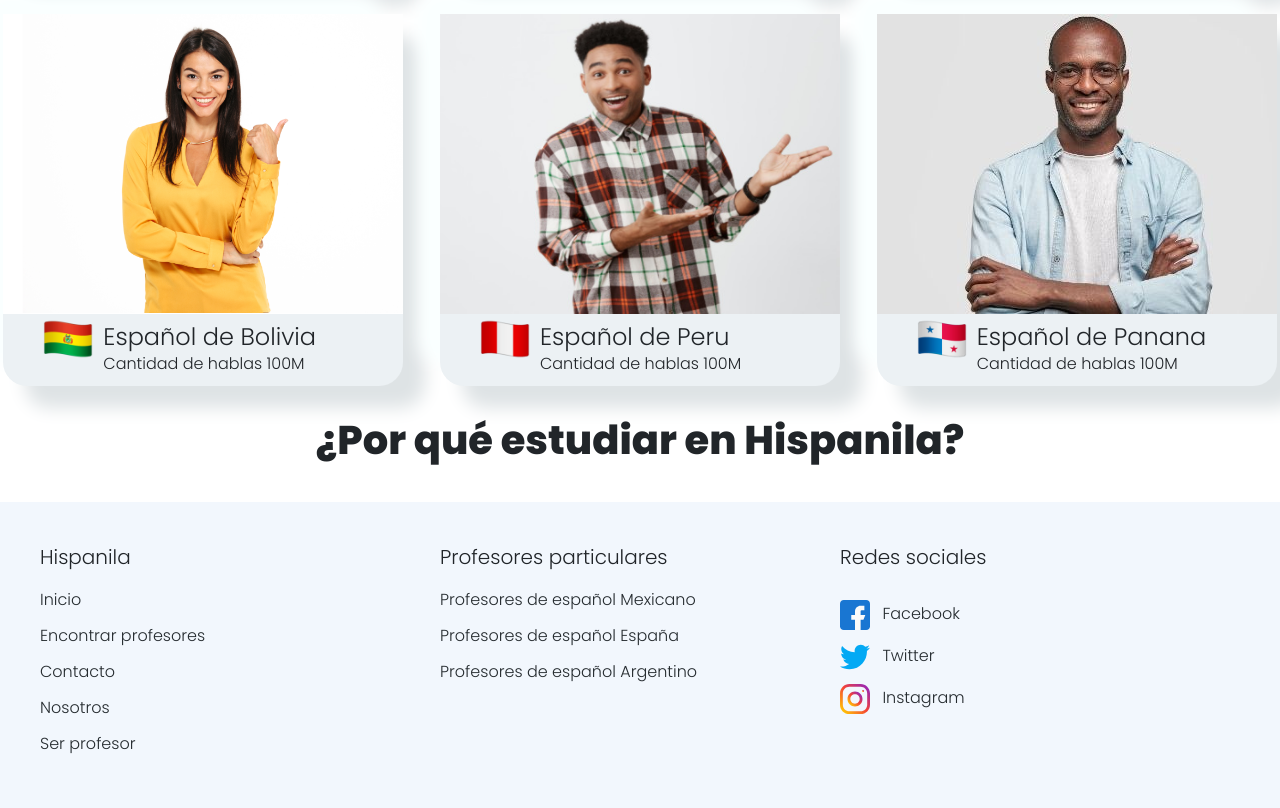
Repository: AgustinGarciaDev/Hispanila
Page: index.html
These files come from the project's save history. The page is drawn as it stood at one moment and after the next save; the edit follows.
The browser window is 1280 px wide. The pictures show the part of the page from y = 1169 to 2121 px (the page is 1977 px tall before and 2121 px after).
Some web libraries are served in a nearby version. The style sheet was rebuilt from its Sass, Less or Tailwind sources for each picture, by a compiler version that may differ from the author's.

Above is the page before, as saved 2021-01-28 22:23:00.

### index.html
<!DOCTYPE html>
<html lang="en">

<head>
    <meta charset="UTF-8">
    <title>Inicio</title>
    <meta name="viewport" content="width=device-width, user-scalable=no">
    <meta name="description" content="Encontra profesor que se adecue a tus objetivos y logra tus metas. Aprende las distintas variantes del español en Hispanila">
    <meta name="keywords" content="español , hispanila, profesores, profesor">
    <link rel="stylesheet" href="https://cdnjs.cloudflare.com/ajax/libs/animate.css/4.1.1/animate.min.css" />
    <link rel="stylesheet" href="https://use.fontawesome.com/releases/v5.8.1/css/all.css" integrity="sha384-50oBUHEmvpQ+1lW4y57PTFmhCaXp0ML5d60M1M7uH2+nqUivzIebhndOJK28anvf" crossorigin="anonymous">
    <link rel="preconnect" href="https://fonts.gstatic.com">
    <link rel="preconnect" href="https://fonts.gstatic.com">
    <link href="https://fonts.googleapis.com/css2?family=Poppins:ital,wght@0,200;0,300;0,800;0,900;1,200;1,500&display=swap" rel="stylesheet">
    <link href="https://fonts.googleapis.com/css2?family=Archivo:ital@0;1&display=swap" rel="stylesheet">
    <link href="https://cdn.jsdelivr.net/npm/bootstrap@5.0.0-beta1/dist/css/bootstrap.min.css" rel="stylesheet" integrity="sha384-giJF6kkoqNQ00vy+HMDP7azOuL0xtbfIcaT9wjKHr8RbDVddVHyTfAAsrekwKmP1" crossorigin="anonymous">
    <link rel="stylesheet" href="./css/style.css">
    <link rel="stylesheet" href="stylemod.css">

</head>

<body>
    <header>
        <nav class="navbar navbar-expand-lg navbar-light bg-light nav-color">
            <div class="container-fluid">
                <a class="navbar-brand" href="./index.html"><img src="./img/Hispanila_opt.png" alt=""></a>
                <button class="navbar-toggler" type="button" data-bs-toggle="collapse" data-bs-target="#navbarSupportedContent" aria-controls="navbarSupportedContent" aria-expanded="false" aria-label="Toggle navigation">
            <span class="navbar-toggler-icon"></span>
          </button>
                <div class="collapse navbar-collapse" id="navbarSupportedContent">
                    <ul class="navbar-nav me-auto mb-2 mb-lg-0">
                        <li class="nav-item">
                            <a class="nav-link active" aria-current="page" href="./index.html">Inicio</a>
                        </li>
                        <li class="nav-item">
                            <a class="nav-link" href="./we.html">Nosotros</a>
                        </li>
                        <li class="nav-item">
                            <a class="nav-link" href="./contact.html">Contacto</a>
                        </li>
                        <li class="nav-item">
                            <a class="nav-link" href="./searchteacer.html">Buscar profesores</a>
                        </li>
                    </ul>
                </div>
            </div>
        </nav>
    </header>
    <main>
        <div class="hero">
            <div class="box">
                <div class="animate__animated animate__backInLeft">
                    <h1 class="hero__title_h1">Empeza hoy con tus clases de español</h1>
                </div>

                <p class="hero__title_p">Toma tus clases desde cualquier parte del mundo!</p>
                <a class="hero__bottom" href="#" role="button">EMPEZAR HOY</a>
            </div>

        </div>
        <div class="animate__animated animate__backInLeft">
            <h2 class="Tittle_h2">Estudia las diferentes variantes del español</h2>
        </div>
        <div class="block-band">
            <div class="card-band ">

                <a href="./searchteacer.html"> <img class="teacher-photo" src="./img/teacher-arg.jpg" alt=""></a>
                <div class="content-band">
                    <a href="./searchteacer.html"> <img class="band" src="./img/argentina.png" alt=""></a>
                    <div class="info-card">
                        <a href="./searchteacer.html" class="link">
                            <h4>Español de Argentina</h4>
                            <p>Cantidad de hablas 100M</p>
                        </a>
                    </div>
                </div>
            </div>
            <div class="card-band">
                <a href="./searchteacer.html"> <img class="teacher-photo" src="./img/woman-teacher-mex.jpg" alt="profesora de mexico">
                    <div class="content-band">
                        <img class="band" src="./img/mexico.png" alt="">
                        <div class="info-card">
                            <a href="./searchteacer.html" class="link">
                                <h4>Español de Mexico</h4>
                                <p>Cantidad de hablas 100M</p>
                            </a>
                        </div>
                    </div>
                </a>
            </div>

            <div class="card-band">
                <a href="./searchteacer.html"><img class="teacher-photo" src="./img/women-teacher.jpg" alt="">
                    <div class="content-band">
                        <img class="band" src="./img/ecuador.png" alt="">
                        <div class="info-card">
                            <a href="./searchteacer.html" class="link">
                                <h4>Español de Colombia</h4>
                                <p>Cantidad de hablas 100M</p>
                            </a>
                        </div>
                    </div>
                </a>
            </div>
            <div class="card-band ">
                <img class='teacher-photo' src="./img/woman-bo.png " alt=" ">
                <div class="content-band ">
                    <img class="band " src="./img/bolivia.png " alt=" ">
                    <div class="info-card ">
                        <a href="./searchteacer.html" class="link">
                            <h4>Español de Bolivia</h4>
                            <p>Cantidad de hablas 100M</p>
                        </a>

                    </div>
                </div>
            </div>
            <div class="card-band ">
                <img class='teacher-photo' src="./img/teacher-peru.png " alt=" ">
                <div class="content-band ">
                    <img class="band " src="./img/peru.png " alt=" ">
                    <div class="info-card ">
                        <a href="./searchteacer.html" class="link">
                            <h4>Español de Peru</h4>
                            <p>Cantidad de hablas 100M</p>
                        </a>

                    </div>
                </div>
            </div>
            <div class="card-band ">
                <img class='teacher-photo' src="./img/teacher-panama.jpg " alt="profesor de panama ">
                <div class="content-band ">
                    <img class="band " src="./img/panama.png " alt=" ">
                    <div class="info-card ">
                        <a href="./searchteacer.html" class="link">
                            <h4>Español de Panana</h4>
                            <p>Cantidad de hablas 100M</p>
                        </a>

                    </div>
                </div>
            </div>
        </div>
        </div>
        <div class="animate__animated animate__backInLeft ">
            <h2 class="Tittle_h2">¿Por qué estudiar en Hispanila?</h2>
        </div>

    </main>
    <footer class="footer ">
        <div class="list__footer ">
            <p class="list__footer__p-modifier ">Hispanila</p>
            <li class="list__footer__li-modifier "> <a class="list__footer__a-modifier " href="/index.html ">Inicio</a></li>
            <li class="list__footer__li-modifier "> <a class="list__footer__a-modifier " href="/searchteacer.html ">Encontrar profesores</a></li>
            <li class="list__footer__li-modifier "><a class="list__footer__a-modifier " href="/contacte.html ">Contacto</a></li>
            <li class="list__footer__li-modifier "><a class="list__footer__a-modifier " href="/we.html ">Nosotros</a></li>
            <li class="list__footer__li-modifier "><a class="list__footer__a-modifier " href="/we.html ">Ser profesor</a></li>
        </div>
        <div class="list__footer ">
            <p class="list__footer__p-modifier ">Profesores particulares</p>
            <li class="list__footer__li-modifier "> <a class="list__footer__a-modifier " href=" https://www.facebook.com/ "> Profesores de español Mexicano</a></li>
            <li class="list__footer__li-modifier "><a class="list__footer__a-modifier " href="https://twitter.com/home "> Profesores de español España</a></li>
            <li class="list__footer__li-modifier "><a class="list__footer__a-modifier " href="https://www.instagram.com/ "> Profesores de español Argentino</a></li>
        </div>

        <div class="list__footer ">
            <p class="list__footer__p-modifier "> Redes sociales</p>
            <li class="list__footer__li-modifier "></li><img class="list__footer__img-modifier " src="./img/facebook.svg " alt=" "> <a class="list__footer__a-modifier " href="https://www.facebook.com/ ">Facebook</a></li>
            <li class="list__footer__li-modifier "></li><img class="list__footer__img-modifier " src="./img/gorjeo.svg " alt=" "> <a class="list__footer__a-modifier " href="https://twitter.com/home ">Twitter</a></li>
            <li class="list__footer__li-modifier "></li><img class="list__footer__img-modifier " src="./img/instagram.svg " alt=" "> <a class="list__footer__a-modifier " href="https://www.instagram.com/ ">Instagram</a></li>
        </div>
    </footer>
    <script src="https://cdn.jsdelivr.net/npm/bootstrap@5.0.0-beta1/dist/js/bootstrap.bundle.min.js " integrity="sha384-ygbV9kiqUc6oa4msXn9868pTtWMgiQaeYH7/t7LECLbyPA2x65Kgf80OJFdroafW " crossorigin="anonymous "></script>
</body>

</html>

### stylemod.css
.nav-color {
    background-color: #ff9000 !important;
    height: 65px;
    box-shadow: 2px 2px 4px #d97a00, -5px -5px 4px #ffa600;
}

.nav-link {
    color: white !important;
}

.hero {
    display: grid;
    grid-template-columns: 2fr 2fr;
    height: 600px;
    background-image: url(http://baravdg.com/wp-content/uploads/2021/01/hero-background.png);
    background-position: center;
    background-repeat: no-repeat;
    background-size: cover;
}

.hero .box {
    display: flex;
    flex-direction: column;
    margin: auto;
    padding-left: 30px;
}

.hero__title_h1 {
    color: white;
    font-weight: 700;
    font-size: 50px;
}

.hero__title_p {
    color: white;
    font-size: 30px;
    font-size: 400;
}

.hero__bottom {
    width: 200px;
    color: white;
    padding: 10px;
    text-align: center;
    text-decoration: none;
    font-size: 'Poppins', sans-serif;
    font-weight: 800;
    border-radius: 8px;
    background: linear-gradient(145deg, #ffd529, #d8b322);
}


/* EMPIEZA LAS CARD DE LAS BANDERAS */

.Tittle_h2 {
    text-align: center;
    padding: 30px;
    font-size: 40px;
    font-weight: 800;
}

.block-band {
    display: grid;
    grid-template-columns: repeat(3, 1fr);
    grid-column-gap: 30px;
    grid-row-gap: 30px;
    justify-items: center;
}

.link {
    color: inherit;
    text-decoration: inherit;
}

.card-band {
    border-radius: 24px;
    border-radius: 24px;
    background: #ecf1f4;
    box-shadow: 22px 22px 18px #dee3e5, -22px -22px 18px #faffff;
    width: 400px;
    height: 372px;
}

.content-band {
    display: flex;
    padding-left: 40px;
    padding-bottom: 10px;
}

.info-card {
    padding-top: 9px;
    padding-left: 10px;
}

.info-card h4 {
    margin: 0;
}

.info-card p {
    margin: 0;
    margin-left: 6;
}

.card-band .teacher-photo {
    width: 400px;
    height: 300px;
}

.card-band .band {
    height: 50px;
    width: 50px;
}

.card-prof {
    margin: 40px;
    padding: 40px;
}

.table-proyect {
    padding: 40px;
}


/* SLIDE*/

.carousel-item img {
    width: 100%;
    height: 500px;
}

.carousel-item:after {
    content: "";
    position: absolute;
    top: 0;
    bottom: 0;
    left: 0;
    right: 0;
    background: rgba(0, 0, 0, 0.3);
}

.carousel-caption {
    z-index: 2;
}

.carousel-caption h5 {
    font-size: 30px;
}

.carousel-caption p {
    font-size: 20;
}


/* CARD  porque estudiar Hispanila*/

.container-hispanila {
    margin-top: 100px;
    display: grid;
    grid-template-columns: repeat(3, 1fr);
    grid-column-gap: 30px;
    grid-row-gap: 30px;
    justify-items: center;
}

.hispanila-card {
    width: 300px;
    height: 400px;
    border: solid 1px black;
    padding: 20px;
    margin: auto;
}

.hispanila-card img {
    width: 300px;
    height: 200px;
}

.hispanila-card h3 {
    text-align: center;
}

.datos {
    display: grid;
    grid-template-columns: 1fr 1fr;
    grid-template-rows: 1fr 1fr;
    grid-column-gap: 10px;
    grid-row-gap: 10px;
}

.search-teacher {
    background: #e7eef3;
}

.container {
    height: 400px;
    width: 100%;
    background: white;
    margin-bottom: 20px;
    margin-top: 20px;
    box-shadow: 20px 20px 51px #c4cacf, -20px -20px 51px #ffffff;
}

.teacher-block {
    padding: 10px;
}

.teacher-date {
    display: flex;
    flex-direction: column;
    padding: 20px;
}

.teacher-date .teacher-score {
    flex-direction: row;
}

.teacher-date img {
    border-radius: 50%;
    height: 100px;
    width: 100px;
    margin: auto;
}

.teacher-date button {
    height: 30px;
    width: 120px;
    margin: auto;
}

.score-teacher {
    margin: auto;
    padding: 20px 0 20px 0;
    color: #FEC400;
}

.teacher-information {
    display: flex;
    flex-direction: column;
}

.teacher-information h1 {
    font-size: 20px;
}

.teacher-date-personal {
    display: flex;
    flex-direction: row;
    justify-content: space-between;
}

.teacher-posicion {
    display: inline;
}

.title-teacher p {
    font-size: 16px;
    font-weight: 200;
    margin: 4px;
}

.teacher-precie {
    font-size: 18px;
    font-weight: bold;
}

.teacher-posicion h4 {
    font-size: 20px;
    font-weight: 200;
}

.teacher-posicion .teacher-divider-card {
    border: solid 1px red;
    width: 15px;
    height: 3px;
    background: red;
}

.teacher-learning {
    font-weight: bold;
}

.level {
    display: inline-block;
    margin: 2px;
    height: 19px;
    width: 4px;
    background: red;
}

.level-four-lenguage {
    background: #dee3e5
}

.level-five-leanguage {
    background: #dee3e5
}

@media (max-width: 890px) {
    .block-band {
        grid-template-columns: repeat(2, 1fr);
    }
    .card-band .teacher-photo {
        width: 324px;
        height: 239px;
    }
    .card-band {
        width: 324px;
        height: 325px;
    }
}

@media (max-width: 520px) {
    .hero {
        height: 360px;
    }
    .block-band {
        grid-template-columns: none;
    }
    .carousel-item img {
        height: 240px;
    }
}

### scss/style.scss
@import"variables";
@import "header";
@import "footer";
@import "body";
@import "contac";
@import "profile";
@import "aboutUs";

### scss/_variables.scss
/* TIPOGRAFIAS */

$font-body: 'Poppins',
sans-serif;

/* SIZE TIPOGRAFIAS */

$nameteacher: 16px;
$titulocontacto: 20px;

/* ICONOS COLOR */

$color-start-icon: #FEC400;
$color-social:gray;

/*Color background*/

$color-box: linear-gradient(145deg, #d8e8f2, #b6c3cb);

/*Padding*/

$padding-currilum: 40px;

### scss/_header.scss
header {
    position: sticky;
    top: 0;
    z-index: 5;
}

### scss/_footer.scss
.footer {
    background-color: #F2F7FD;
    display: grid;
    grid-template-columns: repeat(3, 1fr);
    padding: 40px;
}

.list__footer__p-modifier {
    font-size: 20px;
}

.list__footer__li-modifier {
    list-style: none;
    align-items: center;
    display: flex;
    margin-bottom: 12px;
}

.list__footer__a-modifier {
    text-decoration: none;
    color: #252b2f;
}

.list-footer a:hover {
    text-decoration: underline;
}

.list__footer__img-modifier {
    width: 30px;
    height: 30px;
    margin-right: 8px;
}

@media (max-width: 768px) {
    .footer {
        display: flex;
        flex-wrap: wrap;
    }
    .list__footer {
        padding-left: 10px;
        padding-right: 10px;
        justify-content: center;
    }
}

@media (max-width: 520px) {}

### scss/_body.scss
body {
    margin: 0;
    font-family: $font-body;
}

### scss/_contac.scss
.row {
    margin-right: 0;
}

.email_img {
    width: 100%;
}

.icons__list {
    display: flex;
    justify-content: center;
}

.icons__list_a {
    text-decoration: none;
    color: $color-social;
    padding-bottom: 10px;
    padding-left: 5px;
    padding-right: 5px;
}

.icons__list__redsocial {
    display: flex;
    flex-direction: row;
    padding-top: 10px;
    justify-content: center;
}

.icons__list_logo_Redes {
    color: $color-social;
    font-size: 35px;
    margin: 0 10px;
}

.text-contact__h2 {
    font-size: $titulocontacto;
}

@media (max-width: 520px) {
    .text-contact__h1 {
        text-align: center;
    }
    .text-contact__h2 {
        font-size: $titulocontacto -7;
        text-align: center;
    }
}

### scss/_profile.scss
    .layout {
        display: grid;
        grid-template-columns: 2fr 1fr;
        grid-template-rows: 1fr;
        grid-column-gap: 10px;
        grid-row-gap: 10px;
        padding: 20px;
    }

    .layout__infoteache__video-modifier {
        width: 100%;
        height: 500px;
    }

    .layout__profile {
        border-radius: 8px;
        background: #ffffff;
        box-shadow: 8px 8px 55px #d9d9d9, -8px -8px 55px #ffffff;
    }

    .layaout__datachecher__layout__img-modifier {
        width: 80px;
        height: 80px;
        border-radius: 50%;
        display: flex;
        margin: auto;
    }

    .layaout__datachecher__h1-modifier {
        font-size: 30px;
        font-weight: 600;
    }

    .layaout__datachecher__h2-modifier {
        font-size: 14px;
    }

    .scoreteacher {
        display: flex;
        flex-direction: row;
    }

    .scoreteacher__icon--modifier {
        color: $color-start-icon;
        margin-top: 28px;
        margin-bottom: 2px;
    }

    .scoreteacher__number--modifier {
        margin-top: 26px;
        margin-bottom: 2px;
        padding-left: 9px;
    }

    .layout__sepator {
        border: 1px solid #10101030;
        margin: 10px;
    }

    .card {
        margin-bottom: 15px;
        margin-top: 15px;
    }

    .card-body {
        display: flex;
    }

    .clases__titulo-Modifier {
        font-size: 25px;
        font-size: 500;
    }

    .curriculum {
        margin: 30px 0;
        border-radius: 8px;
        background: #ffffff;
        box-shadow: 8px 8px 55px #d9d9d9, -8px -8px 55px #ffffff;
        padding: $padding-currilum;
    }

    .lessons__box {
        padding: 40px;
        margin: 30px 0;
        border-radius: 8px;
        background: #ffffff;
        box-shadow: 8px 8px 55px #d9d9d9, -8px -8px 55px #ffffff;
    }

    .Comentary {
        margin-top: 20px;
        background: #ffffff;
        box-shadow: 8px 8px 55px #d9d9d9, -8px -8px 55px #ffffff;
        padding: 30px;
    }

    .personaldata {
        display: flex;
        flex-direction: row;
    }

    .Comentary__grid {
        margin-top: 40px;
        display: grid;
        grid-template-columns: 1fr 1fr;
        grid-template-rows: 1fr 1fr 1fr;
        grid-row-gap: 30px;
    }

    .Comentary__layout {
        width: 350px;
        height: 140px;
        padding: 10px;
        background: rgba( 255, 255, 255, 0.00);
        box-shadow: 0 8px 10px 0 rgba( 31, 38, 135, 0.37);
        border-radius: 10px;
    }

    .personaldata img {
        border-radius: 50%;
        width: 50px;
        height: 50px;
    }

    .Reserva {
        position: sticky;
        top: 100px;
        height: 350px;
        border-radius: 8px;
        background: #ffffff;
        box-shadow: 8px 8px 55px #d9d9d9, -8px -8px 55px #ffffff;
    }

    .Reserva__precios_layout {
        padding-bottom: 10px;
        padding-top: 10px;
    }

    .boton__ML {
        display: flex;
        justify-content: center;
    }

    .mercadopago-button {
        height: 40px;
        font-weight: 300px;
        font-family: $font-body;
        background-color: #00b1ff!important;
        width: 100%;
        border-radius: 1px;
        background: $color-box;
        box-shadow: 5px 5px 9px #b8c5ce, -5px -5px 9px #dcedf6;
    }

    .Reserva__divider {
        border: 1px solid gray;
    }

    .Reserva__contact {
        text-align: center;
        padding: 20px;
    }

    .Reserva__contact_boton {
        display: block;
        font-weight: 400;
        padding: 20px;
        text-decoration: none;
        color: white;
        background: #48af41!important;
        border-radius: 1px;
        border-radius: 1px;
        background: $color-box;
        box-shadow: 5px 5px 9px #b8c5ce, -5px -5px 9px #dcedf6;
    }
    /* Responsive */

    @media (max-width: 890px) {
        .layout {
            display: flex;
            flex-direction: column;
        }
        .Comentary__grid {
            display: flex;
            flex-wrap: wrap;
        }
        .Comentary__layout {
            width: 100%;
        }
        .Reserva {
            position: relative;
            top: 0;
            width: 100%;
            height: 350px;
        }
    }

    @media (max-width: 520px) {
        .layout__infoteache__video-modifier {
            height: 240px;
        }
        .layout__scoreteacher {
            margin-left: 132px;
        }
        .layout__dateacher_info {
            margin-left: -9px;
        }
        .Reserva__contact_boton {
            width: 200px;
            height: 70px;
            display: inline-block;
            padding: 10px;
        }
        .card-body {
            flex-direction: column;
            align-items: center;
        }
        .curriculum {
            padding: $padding-currilum -30;
        }
    }

### scss/_aboutUs.scss
    .About__tittle-h1 {
        text-align: center;
        padding: 20px 0;
    }

    .About__img {
        display: flex;
        justify-content: center;
        align-items: center;
    }

    .About__img--modifier {
        width: 900px;
        height: 600px;
    }

    .About__history {
        text-align: center;
        margin: 10px 500px;
    }

    .About_compromise_img {
        width: 400px;
        height: 300px;
    }

    .Value {
        margin-top: 40px;
    }

    .Value_p--modifier {
        font-size: 40px;
        font-weight: 500px;
    }

    @media (max-width: 890px) {
        .About__img--modifier {
            width: 100%;
            height: auto;
        }
        .About__history {
            margin: 10px 20px;
        }
    }

    @media (max-width: 570px) {
        .About_compromise_img {
            height: 300px;
        }
        .About_compromise__responsive {
            flex-direction: column-reverse;
            display: flex;
        }
        .Value {
            display: flex;
            align-items: center;
            justify-content: center;
        }
        .Value__box {
            display: flex;
            flex-direction: column;
            justify-content: center;
        }
    }

After the next save:
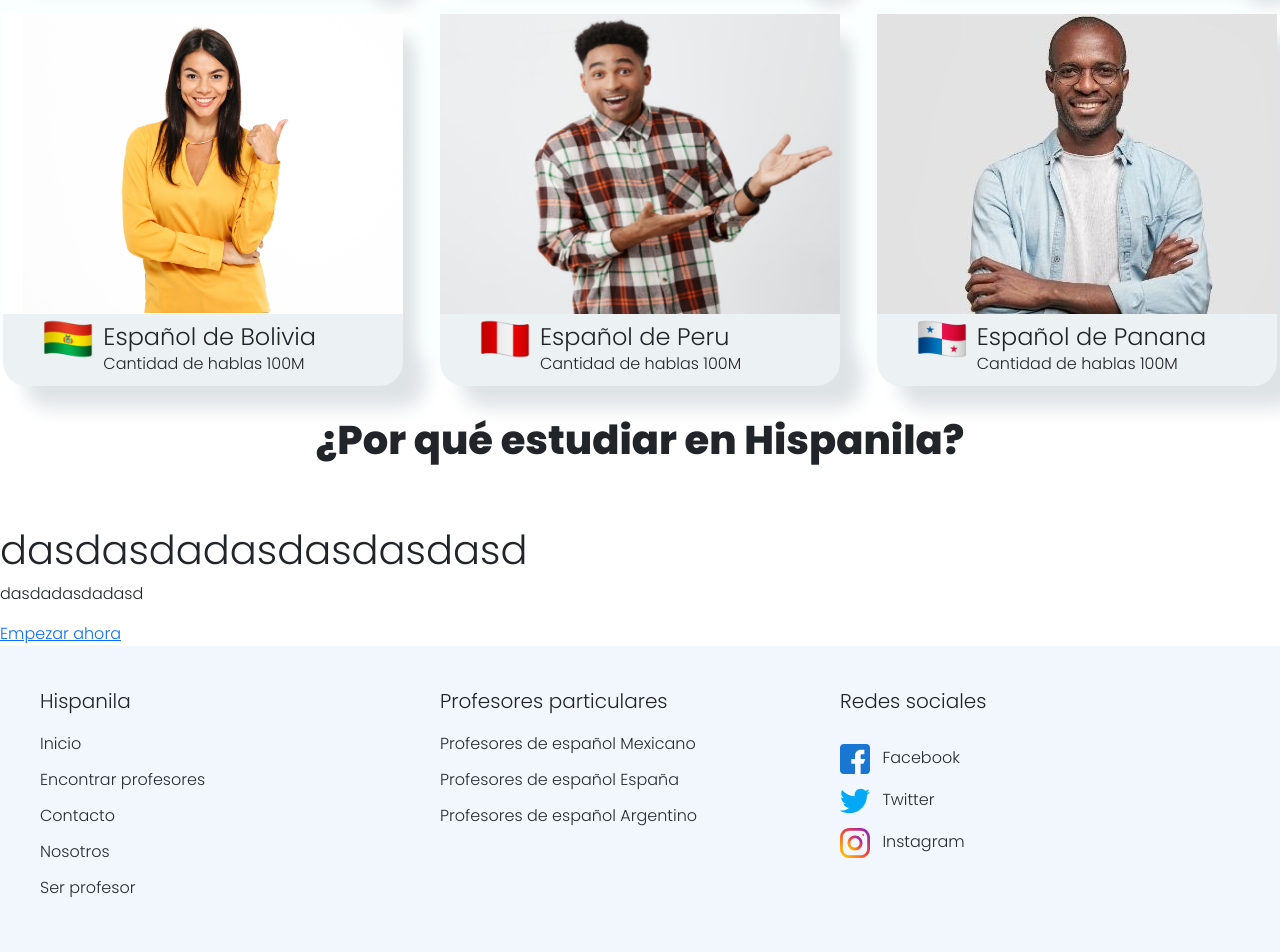
Saved 94 s later.
--- a/index.html
+++ b/index.html
@@ -146,7 +146,16 @@
         <div class="animate__animated animate__backInLeft ">
             <h2 class="Tittle_h2">¿Por qué estudiar en Hispanila?</h2>
         </div>
-
+        <section>
+            <div class="card__study">
+                <div class="card__study__resson">
+                    <img src="" alt="">
+                    <h1>dasdasdadasdasdasdasd</h1>
+                    <p>dasdadasdadasd</p>
+                    <a href="">Empezar ahora</a>
+                </div>
+            </div>
+        </section>
     </main>
     <footer class="footer ">
         <div class="list__footer ">
